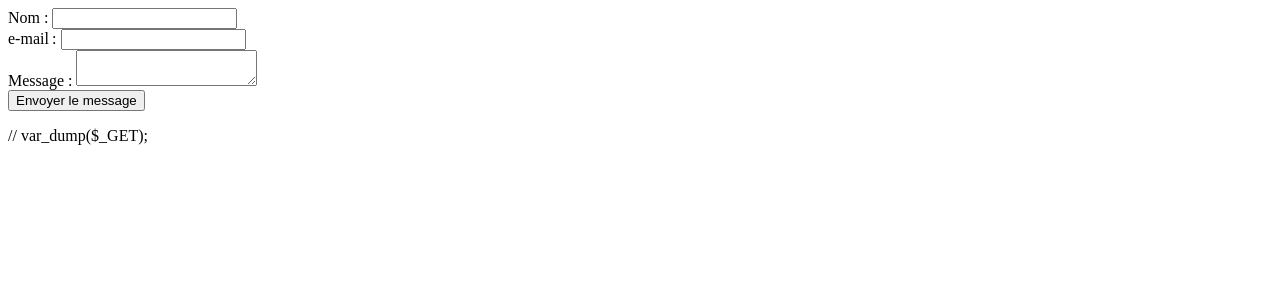
Repository: Val712/quete-Formulaires
Page: http://localhost/form.php
These files come from the project's save history. The page is drawn as it stood at one moment and after the next save; the edit follows.
The browser window is 1280 px wide. The pictures show the whole page.
The page is run by PHP 8.4 with error messages shown; the project is at /var/www/html/.

Above is the page before, as saved 2019-08-24 16:23:39.

### form.php
<form  action=""  method="get">
    <div>
        <label for="name">Nom :</label>
        <input type="text" id="name" name="user_name" value="">
    </div>
    <div>
        <label for="mail">e-mail :</label>
        <input type="email" id="mail" name="user_mail">
    </div>
    <div>
        <label for="msg">Message :</label>
        <textarea id="msg" name="user_message"></textarea>
    </div>

    <div class="button">
        <button type="submit">Envoyer le message</button>
    </div>
</form>


 // var_dump($_GET);

After the next save:
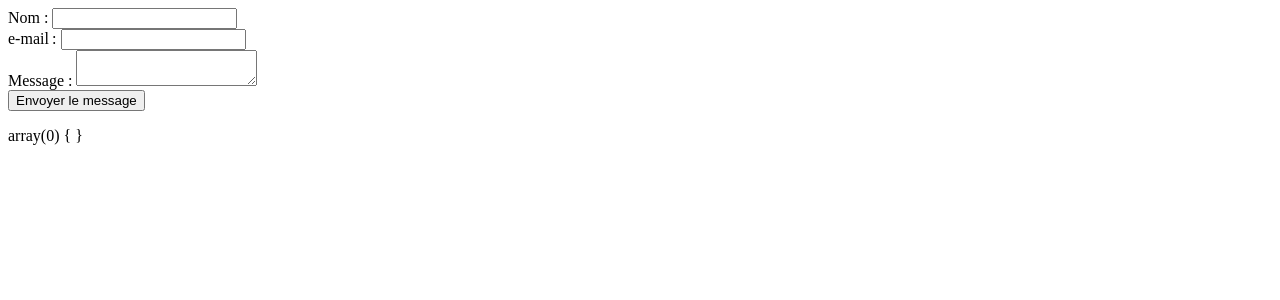
Saved 5 min 45 s later.
--- a/form.php
+++ b/form.php
@@ -18,4 +18,6 @@
 </form>
 
 
- // var_dump($_GET);
+<?php
+  var_dump($_GET);
+?>
